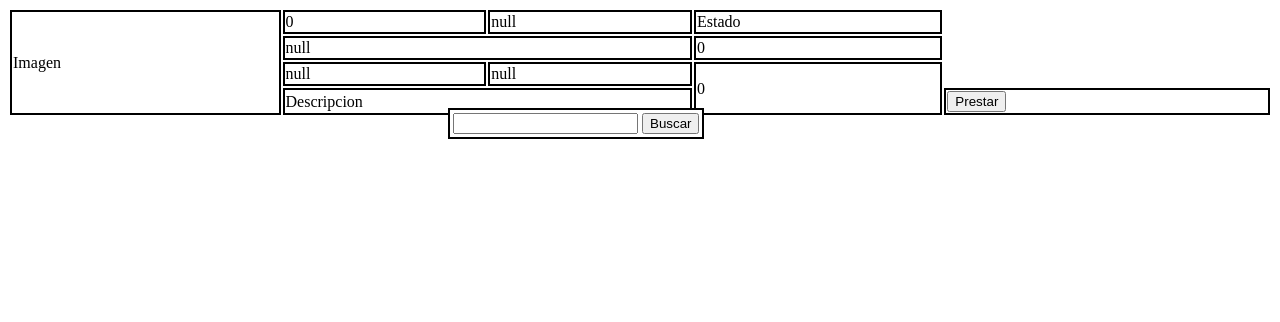
Repository: i72frpeu/IW_Bien
Page: http://localhost/Trabajo_IW/Vistas/Libro Admin.jsp
An editor plug-in stored every save of this project. The page is shown before and after the next save, followed by the edit.
The browser window is 1280 px wide. The pictures show the whole page.
The page is served by Tomcat 9.

Above is the page before, as saved 2020-05-22 11:58:26.

After the next save:
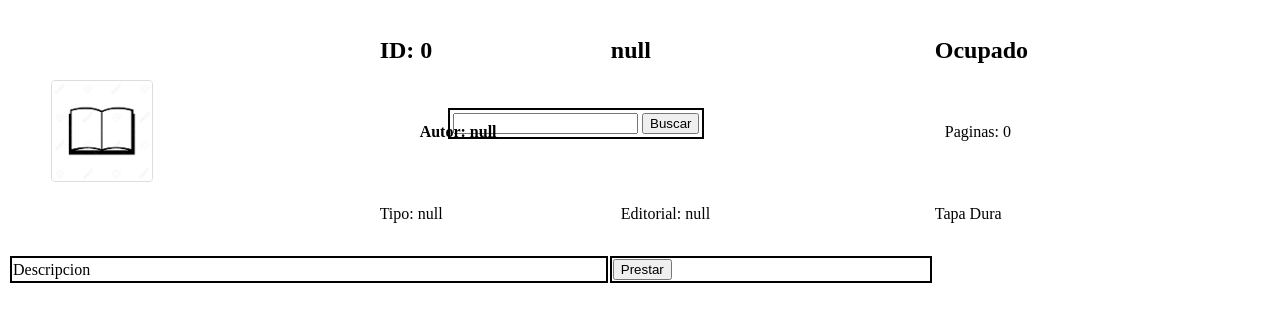
Saved 14 min 21 s later.
--- a/WorkSpace/Trabajo IW/WebContent/Vistas/Libro Admin.jsp
+++ b/WorkSpace/Trabajo IW/WebContent/Vistas/Libro Admin.jsp
@@ -45,14 +45,14 @@ if(Usuario.getTipo() == 1){
 
   <div class="div_home">
   		<table class = "tablalibro">
-		<tr>
-			<td class = "tdlibro" rowspan = 4> Imagen </td> <td class = "tdlibro"> <%= libroactivo.getId_libro() %> </td> <td class = "tdlibro"> <%= libroactivo.getTitulo() %> </td> <td class = "tdlibro"> Estado </td>
+		<tr class = "nombrelibro">
+			<td rowspan = 3> <img src="../img/libro.png" alt="IMG_USER" class="imagenlibro"> </td> <td> <h2>ID: <%= libroactivo.getId_libro() %></h2>  </td> <td> <h2><%= libroactivo.getTitulo() %></h2>  </td> <td> <% if(libroactivo.getReservado() == 1){ %> <h2> Libre </h2> <%}else{ %> <h2> Ocupado </h2><% }%></td>
 		</tr>
-		<tr>
-			<td class = "tdlibro" colspan = 2> <%= libroactivo.getAutor() %> </td> <td class = "tdlibro"> <%= libroactivo.getPaginas() %> </td>
+		<tr class = "autorlibro">
+			<td colspan = 2> <h4 class = "autor"> Autor:  <%= libroactivo.getAutor() %> </h4></td> <td> <p class = "paginas">Paginas: <%= libroactivo.getPaginas() %> </p></td>
 		</tr>
-		<tr>
-			<td class = "tdlibro"> <%= libroactivo.getMateria() %> </td> <td class = "tdlibro"> <%= libroactivo.getEditorial() %> </td> <td class = "tdlibro" rowspan = 2> <%= libroactivo.getEncuadernamiento() %> </td>
+		<tr class = "autorlibro">
+			<td> Tipo: <%= libroactivo.getMateria() %> </td> <td><p class = "paginas"> Editorial: <%= libroactivo.getEditorial() %> </p> </td> <td> <% if(libroactivo.getEncuadernamiento() == 1){ %> Tapa Blanda <%}else{ %> Tapa Dura <% } %></td>
 		</tr>
 		<tr>
 			<td class = "tdlibro" colspan = 2> Descripcion </td> <td class = "tdlibro"> <a href = "Formulario Prestar.jsp"><button>Prestar</button></a> </td>
